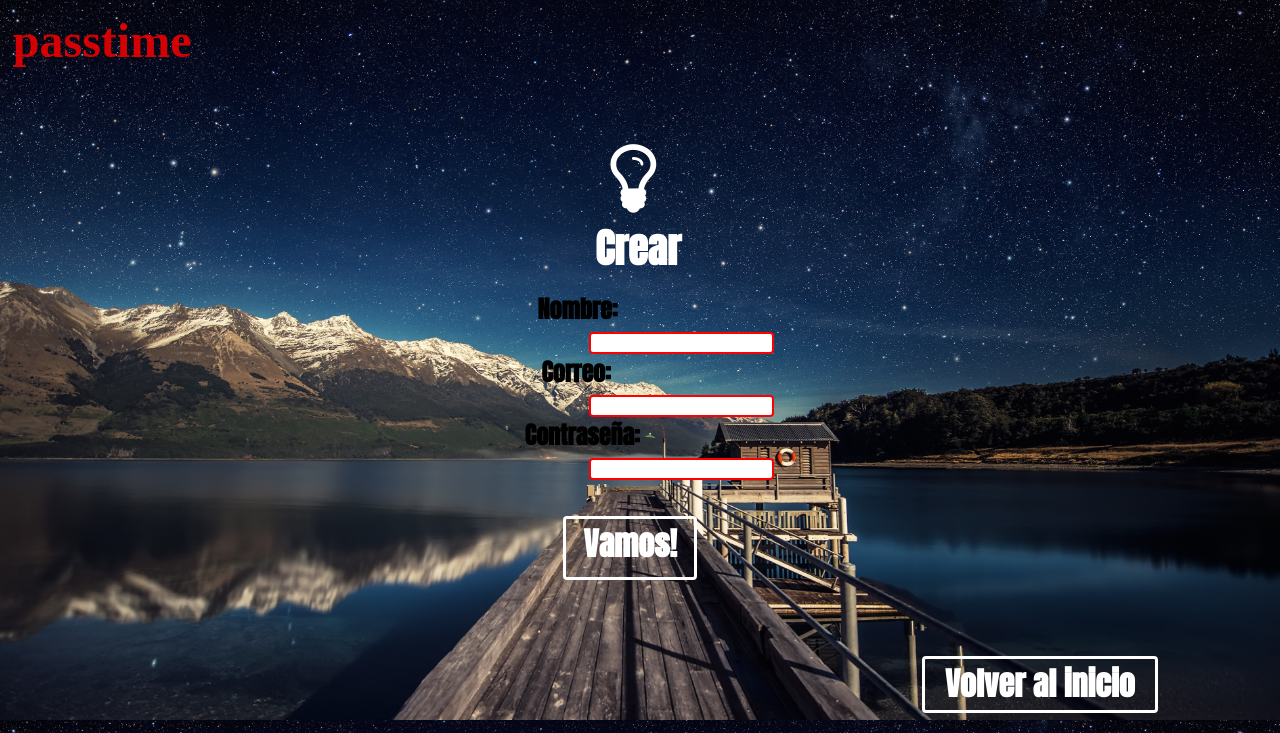
Repository: PassTimeOp/passtimeop.github.io
Page: signup.html
The author's editor kept a record of every edit. The page is drawn from the files as they stood at one moment, then again after the next edit.
The browser window is 1280 px wide. The pictures show the whole page.
Backgrounds fixed to the window are drawn as part of the page. Some web fonts or font styles are not loaded; a fallback is used.

Above is the page before.

### signup.html
<!DOCTYPE HTML>
<html>
    <head>
        <link type="text/css" rel="stylesheet" href="signupStyle.css"/>
        <link rel="stylesheet" href="font-awesome-4.7.0/css/font-awesome.min.css">
        <link href="https://fonts.googleapis.com/css?family=Anton|Arvo|Shrikhand" rel="stylesheet">
        <title>acceder | passtime</title>
    </head>

    <body>
        <h1 id="title">passtime</h1>

        <i class="fa fa-lightbulb-o fa-5x" aria-hidden="true"></i>

        <h1 id="acceder">Crear</h1>


        <div id="data">
            <h4 id="nombre">Nombre:</h4><input type="text" name="nombre">
            <h4 id="correo">Correo:</h4><input type="text" name="correo">
            <h4 id="pass">Contraseña:</h4><input type="password" name="psw">
        </div>

        <div class="buttons" id="vamos"><a href="Calendario/calendario.html" style="text-decoration: none"><h3>Vamos!</h3></a></div>
        <div class="buttons" id="volver"><a href="index.html" style="text-decoration: none"><h3>Volver al inicio</h3></a></div>
    </body>
</html>

### signupStyle.css
html, body{
  width: 100%;
  height: 100%;
  margin: 0;
  padding: 0;
}

body {
  background-image: url(signup.jpg);
  background-size: cover;
  background-position: center;
  width: 100%;
  height: 100%;
  background-repeat: no-repeat;
  background-attachment: fixed;
}

#title {
  font-family: 'Shrikhand', cursive;
  font-size: 300%;
  margin-top: 1%;
  margin-left: 1%;
  display: block;
  color: rgba(255, 0, 0, 0.82);
}

#acceder {
  font-family: 'Anton', sans-serif;
  color: #FFF;
  margin: 0% 0% 0% 46.5%;
  display: block;
  font-size: 250%;
}

i {
  margin: 3% 1% 0% 47.7%;
  color: #FFF;
  display: block;
}

input {
  display: inline-block;
  border-radius: 4px;
  border: 2px solid red;
  height: 20%;
  margin: 0% 0% 0% 30%;
}

#data {
  margin: 1% 0% 0% 40%;
  height: 11%;
  width: 20%;
  display: inline-block;
}

h4 {
  font-size: 150%;
  font-family: 'Anton', sans-serif;
  color: #000;
}

#nombre {
  display: block;
  margin: 0% 1% 2% 10%;
}


#correo {
  display: block;
  margin: 0% 1% 2% 11.5%;
}

#pass {
  display: block;
  margin: 0% 0% 2% 5%;
}


.buttons {
  border: 3px solid #FFF;
  border-radius: 4px;
}

h3 {
  font-family: 'Anton', sans-serif;
  margin: 0% 0% 0% 0%;
  text-align: center;
  font-size: 200%;
  color: #FFF;
}

#vamos {
  width: 10%;
  height: 8%;
  padding: 0%;
  display: block;
  margin: 3% 0% 0% 44%;
}

#volver {
  width: 18%;
  height: 7%;
  padding: 0%;
  margin: 6% 0% 0% 72%;
  display: block;
}

Loaded but not shown: font-awesome-4.7.0/css/font-awesome.min.css (library)

After the next edit:
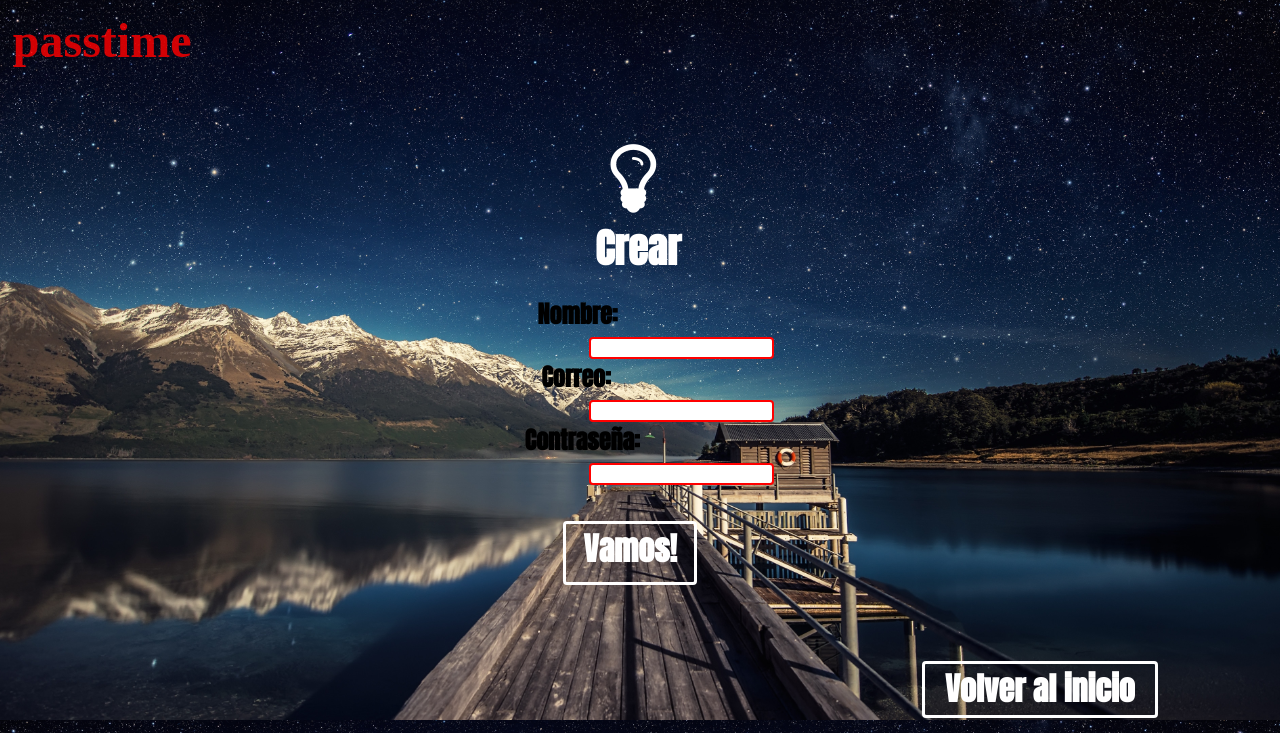
The edit:
--- a/signupStyle.css
+++ b/signupStyle.css
@@ -61,7 +61,7 @@
 
 #nombre {
   display: block;
-  margin: 0% 1% 2% 10%;
+  margin: 2% 1% 2% 10%;
 }
 
 
